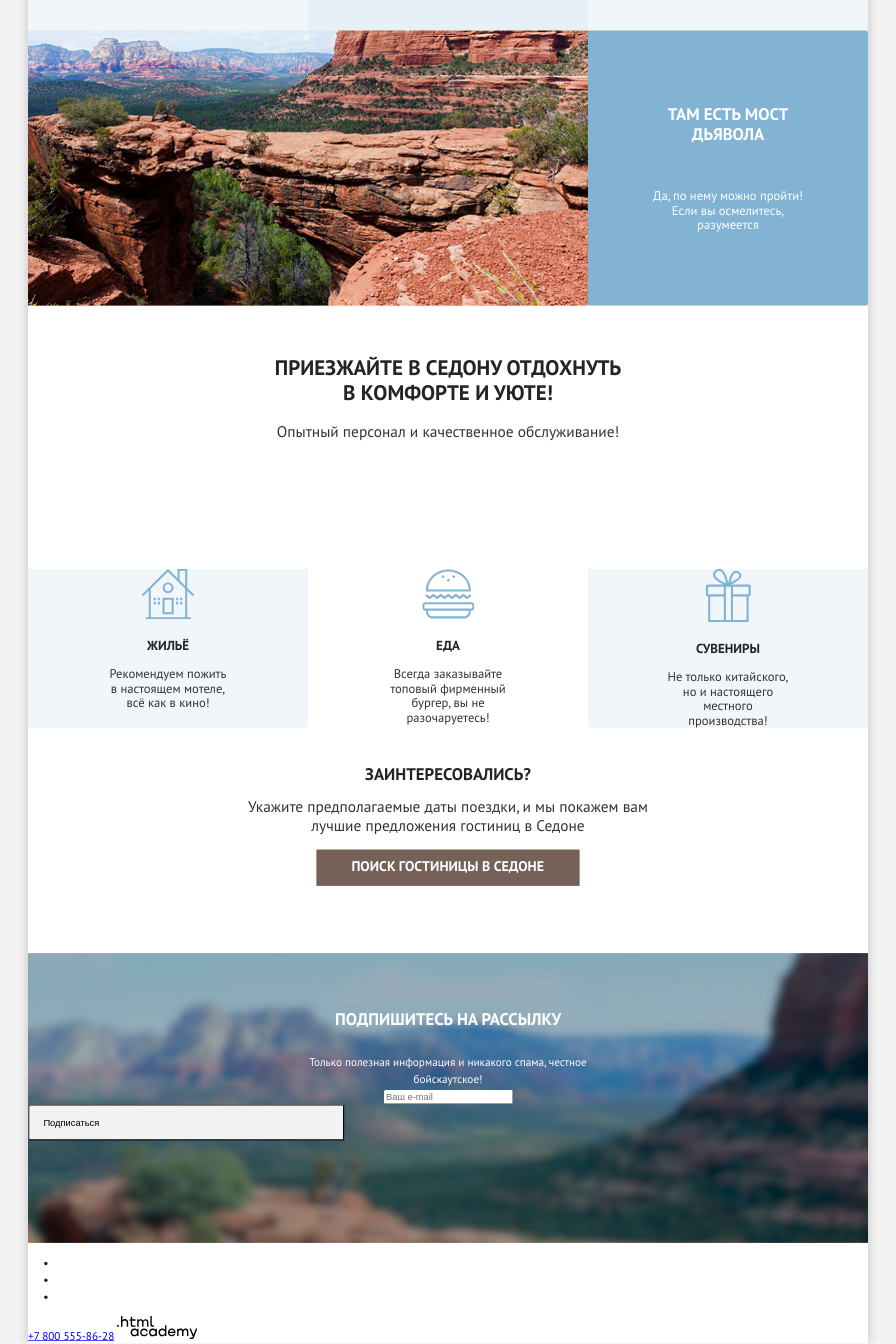
Repository: zakhgagne/2512253-sedona-1
Page: index.html
An editor plug-in stored every save of this project. The page is shown before and after the next save, followed by the edit.
The browser window is 1280 px wide. The pictures show the part of the page from y = 1551 to 3471 px (the page is 3471 px tall), at 70% of full size.

Above is the page before, as saved 2024-05-11 20:10:30.

### index.html
<!DOCTYPE html>
<html lang="ru">

  <head>
    <meta charset="utf-8">
    <title>Сайт города Седона</title>
    <link rel="stylesheet" href="styles/styles.css">
  </head>

  <body>
    <div class="container">
      <header class="header">
        <a class="logo-link" href="#">
          <img class="logo-image" src="./images/logo.svg" alt="Любимая Седона" width="" height="">
        </a>
        <nav class="navigation">
          <ul class="main-menu">
            <li class="menu-item">
              <a href="./index.html" class="menu-link">Главная</a>
            </li>
            <li class="menu-item">
              <a href="#" class="menu-link">О Седоне</a>
            </li>
            <li class="menu-item">
              <a href="./catalog.html" class="menu-link">Гостиницы</a>
            </li>
          </ul>
          <ul class="user-menu">
            <li class="user-menu-item">
              <a href="#" class="user-menu-link">
                <span class="visually-hidden">Поиск</span>
              </a>
            </li>
            <li class="user-menu-item">
              <a href="#" class="user-menu-link">
                <span class="visually-hidden">Избранное</span>
                <span class="like-number">12</span>
              </a>
            </li>
            <li class="user-menu-item">
              <a href="#" class="user-menu-link">Хочу сюда!</a>
            </li>
          </ul>
        </nav>
      </header>
      <main class="main-container">
        <h1 class="visually-hidden">Cайт города Седона</h1>
        <section class="welcome">
          <h2 class="visually-hidden">Приглашение</h2>
          <img src="./images/welcome.svg" class="welcome-image" width="" height="" alt="Welcome">
        </section>

        <section class="city">
          <h2 class="city-title">Седона — небольшой городок в Аризоне, заслуживающий большего!</h2>
          <p class="city-subtitle">Рассмотрим причины, по которым Седона круче, чем Гранд-Каньон!</p>

          <ul class="reason-list">
            <li class="reason-item reason-item-special">
              <div class="reason-container">
                <h3 class="reason-title">Настоящий городок</h3>
                <p class="reason-text">Седона — не аттракцион для туристов, там течёт своя жизнь</p>
              </div>
              <img src="./images/photo-1.jpg" class="reason-image" width="" height="">
            </li>
            <li class="reason-item">
              <div class="reason-container">
                <h3 class="reason-title">Небольшая площадь</h3>
                <p class="reason-text">Все достопримечательности находятся очень близко</p>
              </div>
            </li>
            <li class="reason-item">
              <div class="reason-container">
                <h3 class="reason-title">Красивая дорога</h3>
                <p class="reason-text">Ехать в Седону из Лас-Вегаса совсем не скучно!</p>
              </div>
            </li>
            <li class="reason-item">
              <div class="reason-container">
                <h3 class="reason-title">Мало туристов</h3>
                <p class="reason-text">Большинство едет в Гранд Каньон и толпится там</p>
              </div>
            </li>
            <li class="reason-item reason-item-special">
              <img src="./images/photo-2.jpg" class="reason-image" width="" height="">
              <div class="reason-container">
                <h3 class="reason-title">Там есть мост дьявола</h3>
                <p class="reason-text">Да, по нему можно пройти! Если вы осмелитесь, разумеется</p>
              </div>
            </li>
          </ul>
        </section>

        <section class="city-welcome">
          <h2 class="desription">Приезжайте в Седону отдохнуть в комфорте и уюте!</h2>
          <p class="simple-text">Опытный персонал и качественное обслуживание!</p>
          <div class="container-city-welcome">
            <ul class="comfort-list">
              <li class="comfort-item">
                <img src="./images/advantage-icon-home.svg" class="reason-image" width="" height="">
                <h3 class="comfort-title">Жильё</h3>
                <p class="comfort-text">Рекомендуем пожить в настоящем мотеле, всё как в кино!</p>
              </li>
              <li class="comfort-item">
                <img src="./images/advantage-icon-food.svg" class="reason-image" width="" height="">
                <h3 class="comfort-title">Еда</h3>
                <p class="comfort-text">Всегда заказывайте топовый фирменный бургер, вы не разочаруетесь!</p>
              </li>
              <li class="comfort-item">
                <img src="./images/advantage-icon-gift.svg" class="reason-image" width="" height="">
                <h3 class="comfort-title">Сувениры</h3>
                <p class="comfort-text">Не только китайского, но и настоящего местного производства!</p>
              </li>
            </ul>
          </div>
        </section>

        <section class="interest">
          <h2 class="desription">Заинтересовались?</h2>
          <p class="simple-text-interest">Укажите предполагаемые даты поездки, и мы покажем вам лучшие предложения гостиниц в
            Седоне</p>
            <div class="container-button">
          <a href="#" class="button-search-motel">ПОИСК ГОСТИНИЦЫ В седоне</a>
          </div>
        </section>

      </main>

      <footer>
        <section class="news-letter">
           <div class="container-letter">
          <h2 class="desription">Подпишитесь на рассылку</h2>
          <p class="simple-text-footer">Только полезная информация и никакого спама, честное бойскаутское!</p>
          </div>
          <form class="subscribe-form" action="https://echo.htmlacademy.ru/" method="post">
            <input class="field" placeholder="Ваш e-mail" type="email" name="distribution-email" required>
            <button class="subscribe-form-button" type="submit">Подписаться</button>
          </form>
        </section>
        <div class="footer-container">
          <section class="contacts">
            <h2 class="visually-hidden">Контакты</h2>
            <ul class="contact-list">
              <li class="contact-list-item">
                <a href="#" class="contact-list-link">
                  <p class="visually-hidden">Вконтакте</p>
                </a>
              </li>
              <li class="contact-list-item">
                <a href="#" class="contact-list-link">
                  <p class="visually-hidden">Телеграм</p>
                </a>
              </li>
              <li class="contact-list-item">
                <a href="#" class="contact-list-link">
                  <p class="visually-hidden">Ютуб</p>
                </a>
              </li>
            </ul>
            <a class="footer-contacts-address-phone" href="tel:+78005558628">+7 800 555-86-28</a>
            <a class="htmlacademy-link" href="https://htmlacademy.ru/">
              <img src="./images/logo-academy.svg" width="" height="" alt="Академия">
            </a>
          </section>
        </div>
      </footer>
    </div>
  </body>

</html>

### styles/styles.css
@font-face {
  font-family: "PT Sans";
  font-style: normal;
  font-weight: 400;
  src: url("../fonts/ptsans-400.woff2") format("woff2");
  font-display: swap;
}

@font-face {
  font-family: "PT Sans";
  font-style: normal;
  font-weight: 700;
  src: url("../fonts/ptsans-700.woff2") format("woff2");
  font-display: swap;
}


body {
  margin: 0;
  font-family: "PT Sans", "Arial", sans-serif;
  font-size: 16px;
  line-height: 24px;
  color: #242424;
  background-color: #f2f2f2;
}

.visually-hidden {
  display: none;
}

.container {
  width: 1200px;
  margin: 0 auto;
  background-color: #ffffff;
  box-shadow: 0 0 15px rgba(0, 0, 0, 0.2);
}

.header {
  background-color: #ffffff;
  position: relative;
  padding: 0 68px 0 238px;
}

.logo-link {
  position: absolute;
  top: 0;
  left: 70px;
}

.logo-image {}

.navigation {
  display: flex;
  justify-content: space-between;
}

.main-menu {
  padding: 0;
  margin: 0;
  list-style: none;
  display: flex;
  width: 500px;
  flex-wrap: wrap;
}

.menu-item {}

.menu-link {
  font-size: 20px;
  font-weight: 700;
  line-height: 24px;
  color: #000000;
  text-decoration: none;
  display: block;
  padding: 20px 16px;

}

.menu-item:nth-child(1) {
  /* background-color: red; */
}

.menu-item:nth-child(2) {
  /* background-color: blue; */
}

.menu-item:nth-child(3) {
  /* background-color: red; */
}

.user-menu {
  padding: 0;
  margin: 0;
  list-style: none;
  display: flex;
}

.welcome {
  background-color: #aec5d1;
  background-image: url("../images/white-crown.svg"), url("../images/index-background.jpg");
  background-repeat: no-repeat;
  background-position: center bottom, center top;
  background-size: 1200px 57px, cover;
  padding-top: 51px;
  padding-bottom: 82px;
  min-height: 352px;
}

.welcome-image {
  display: block;
  margin: 0 auto;
}

.city {
  text-align: center;
  padding-top: 70px;
}

.city-title {
  padding: 0;
  margin: 0 auto 24px;
  font-size: 30px;
  font-weight: 700;
  line-height: 36px;
  text-transform: uppercase;
  width: 750px;

}

.city-subtitle {
  padding: 1px;
  margin: 0 auto 87px;
  font-size: 22px;
  font-weight: 400;
  line-height: 26px;
  width: 750px;
}

.reason-list {
  display: flex;
  justify-content: space-between;
  text-align: center;
  padding: 0;
  margin: 0;
  list-style: none;
  flex-wrap: wrap;
}

.reason-item {
  display: flex;
  background-color: bisque;
}

.reason-container {
  width: 400px;
  padding-top: 106px;
  padding-bottom: 105px;
}

.reason-title {
  margin: 0 auto 63px;
  padding: 0;
  font-size: 24px;
  font-weight: 700;
  line-height: 28px;
  width: 175px;
  text-transform: uppercase;

}

.reason-text {
  padding: 0;
  margin: 0 auto;
  font-size: 18px;
  font-weight: 400;
  line-height: 21px;
  width: 231px;
}

.reason-item:nth-child(2n) {
  background-color: #f0f6fa;
}

.reason-item:nth-child(3n) {
  background-color: #e6f0f6;
}

.reason-item-special .reason-container {
  background-color: #82B3D3;
  border-radius: 0px 4px 4px 0px;
  color: #FFFFFF;

}

.comfort-list {
  display: flex;
  justify-content: space-between;
  text-align: center;
  padding: 0;
  margin: 0;
  list-style: none;
}

.comfort-item {
  width: 400px;
}

.comfort-item:nth-child(even) {
  background-color: #ffffff;
}

.comfort-item:nth-child(odd) {
  background-color: #f0f6fa;
}

.interest {
  text-align: center;
  margin: 54px auto;
  height: 214px;
  width: 592px;
}

.desription {
  padding: 0;
  margin: 0;
  text-transform: uppercase;
}

.footer-container {
  display: flex;
  margin: 0 auto;
}


.news-letter {
  background-image: url("../images/subscribe.jpg");
  background-repeat: no-repeat;
  min-height: 414px;
  text-align: center;

  /*width: 684px;*/
}

.city-welcome {
  text-align: center;
  padding-top: 70px;
}

.city-welcome .desription {
  padding: 0;
  margin: 0 auto 24px;
  font-size: 30px;
  font-weight: 700;
  line-height: 36px;
  text-transform: uppercase;
  width: 500px;
}

.simple-text {

  padding: 0;
  margin: 0 auto;
  width: 490px;
  height: 70px;

  /* Texts/Text basic */
  font-weight: 400;
  font-size: 22px;
  line-height: 26px;
  /* identical to box height, or 118% */
  /* Texts/second */
  color: #333333;
}

.container-city-welcome {

  text-align: center;
  padding-top: 140px;
}

.comfort-text {
  font-weight: 400;
  font-size: 18px;
  line-height: 21px;
  color: #333333;
  flex: none;
  order: 2;
  align-self: stretch;
  flex-grow: 0;
  width: 175px;
  margin: 0 auto;
  padding: 0;
}

.comfort-title {
  text-transform: uppercase;
}



/* Укажите предполагаемые даты поездки, и мы покажем вам лучшие предложения гостиниц в Седоне */
.simple-text-interest {
  width: 592px;
  height: 52px;
  /* Texts/Text basic */
  font-family: 'PT Sans';
  font-style: normal;
  font-weight: 400;
  font-size: 22px;
  line-height: 26px;
  /* or 118% */
  text-align: center;

  /* Texts/second */
  color: #333333;

  /* Inside auto layout */
  flex: none;
  order: 1;
  flex-grow: 0;
}

.container-button {
  /* Кнопка */
  width: 376px;
  height: 52px;
  color: #FFFFFF;
  /* Inside auto layout */
  flex: none;
  order: 1;
  flex-grow: 0;
  margin: 0 auto 0;
  padding: 0;
  padding-top: 10;
  background-color: #756157;

}

.button-search-motel {
  margin: auto;
  padding-top: 5px;
  width: 276px;
  height: 36px;

  /* Buttons/Button big */
  font-family: 'PT Sans';
  font-style: normal;
  font-weight: 700;
  font-size: 20px;
  line-height: 36px;
  /* identical to box height, or 180% */
  display: flex;
  align-items: center;
  text-align: center;
  text-transform: uppercase;
  text-decoration: none;
  /* Texts/background/deafault */
  color: #FFFFFF;


  /* Inside auto layout */
  flex: none;
  order: 0;
  flex-grow: 0;
}

.container-letter {
  /* Frame 29 */

  /* Auto layout */
  display: flex;
  flex-direction: column;
  align-items: center;
  padding: 0 px;
  gap: 20px;

  width: 475px;
  height: 108.86px;


  /* Inside auto layout */
  flex: none;
  order: 0;
  flex-grow: 0;
  color: #FFFFFF;
  margin: 0 auto 0;
  padding-top: 83px;
}
.subscribe-form-button
{
/* input */

  /* Auto layout */
  display: flex;
  flex-direction: row;
  align-items: center;
  padding: 12px 20px;
  gap: 260px;

  width: 452px;
  height: 52px;

  /* basic/light */
  background: #F2F2F2;
  border-radius: 4px 0px 0px 4px;

  /* Inside auto layout */
  flex: none;
  order: 0;
  align-self: stretch;
  flex-grow: 1;


}

After the next save:
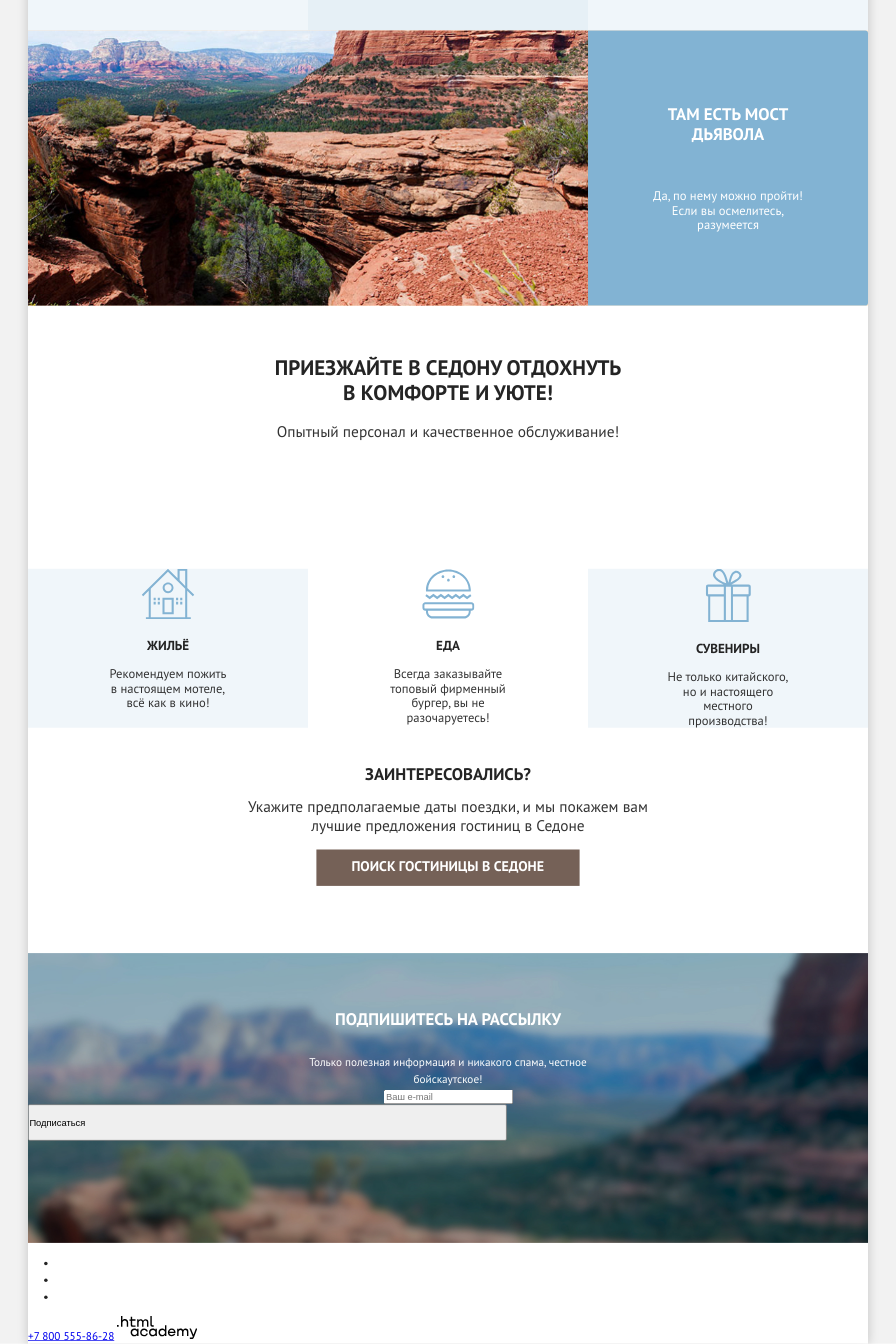
Saved 8 min 51 s later.
--- a/styles/styles.css
+++ b/styles/styles.css
@@ -388,27 +388,22 @@ body {
 }
 .subscribe-form-button
 {
-/* input */
+/* Frame 25 */
 
   /* Auto layout */
   display: flex;
   flex-direction: row;
   align-items: center;
-  padding: 12px 20px;
-  gap: 260px;
-
-  width: 452px;
+  padding: 0px;
+
+  width: 684px;
   height: 52px;
 
-  /* basic/light */
-  background: #F2F2F2;
-  border-radius: 4px 0px 0px 4px;
 
   /* Inside auto layout */
   flex: none;
-  order: 0;
-  align-self: stretch;
-  flex-grow: 1;
-
-
-}
+  order: 1;
+  flex-grow: 0;
+
+
+}
